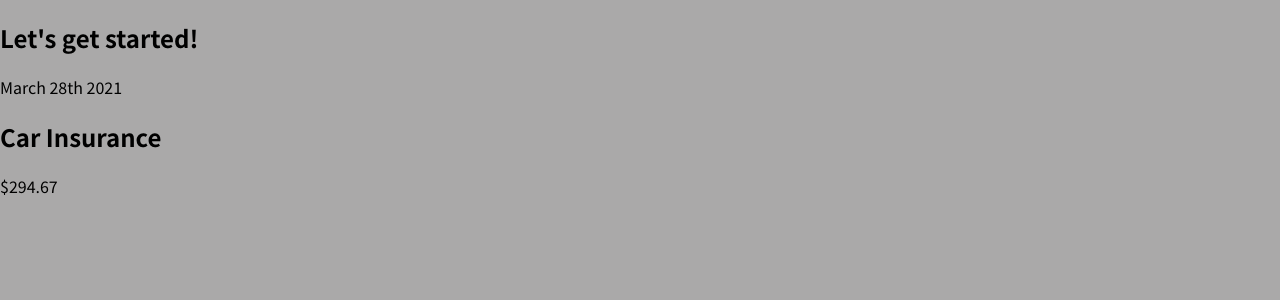
Repository: otvertka/MSC
Page: /
An editor plug-in stored every save of this project. The page is shown before and after the next save, followed by the edit.
The browser window is 1280 px wide. The pictures show the whole page.
The project was rebuilt for these pictures with package versions that can differ from the ones it lists, and the page was loaded fresh each time.

Above is the page before, as saved 2023-06-17 12:29:22.

After the next save:
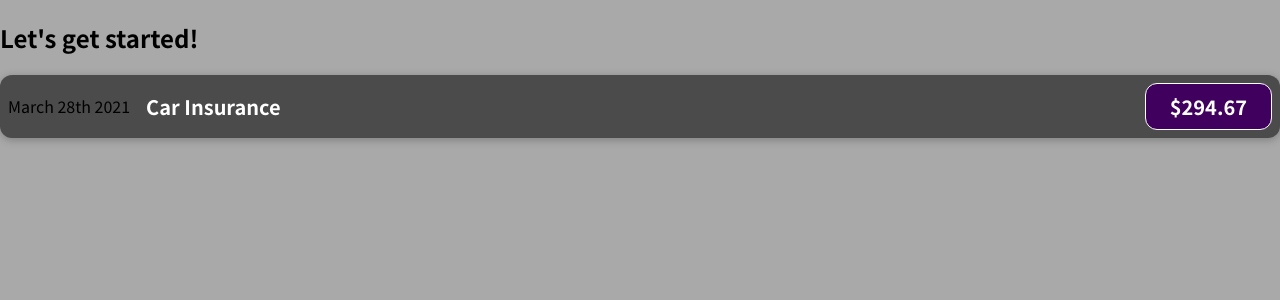
Saved 4 min 10 s later.
--- a/src/components/ExpenseItem.js
+++ b/src/components/ExpenseItem.js
@@ -3,11 +3,11 @@ import "./ExpenseItem.css";
 function ExpenseItem() {
   return (
     //
-    <div>
+    <div className="expense-item">
       <div>March 28th 2021</div>
-      <div>
+      <div className="expense-item__description">
         <h2>Car Insurance</h2>
-        <div>$294.67</div>
+        <div className="expense-item__price">$294.67</div>
       </div>
     </div>
   );
